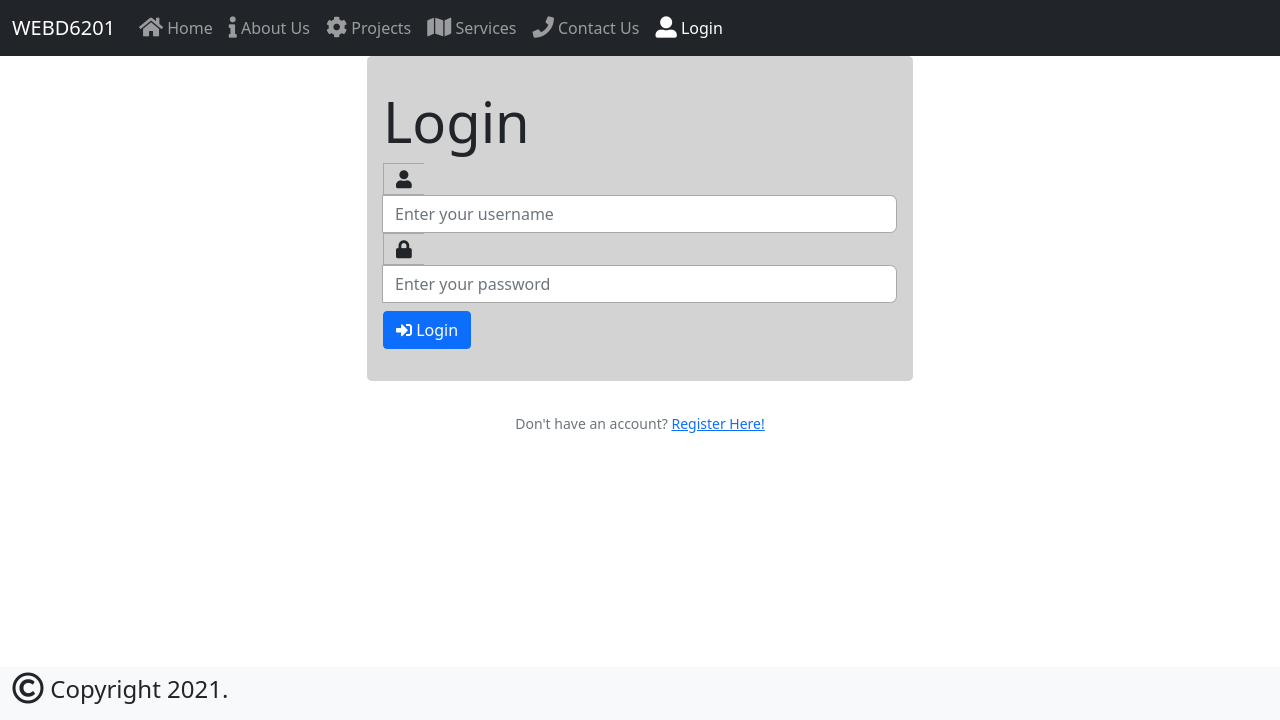
Repository: CKM206/WebD6201-W2021-ICE5
Page: login.html
An editor plug-in stored every save of this project. The page is shown before and after the next save, followed by the edit.
The browser window is 1280 px wide. The pictures show the whole page.

Above is the page before, as saved 2021-03-07 01:23:57.

After the next save:
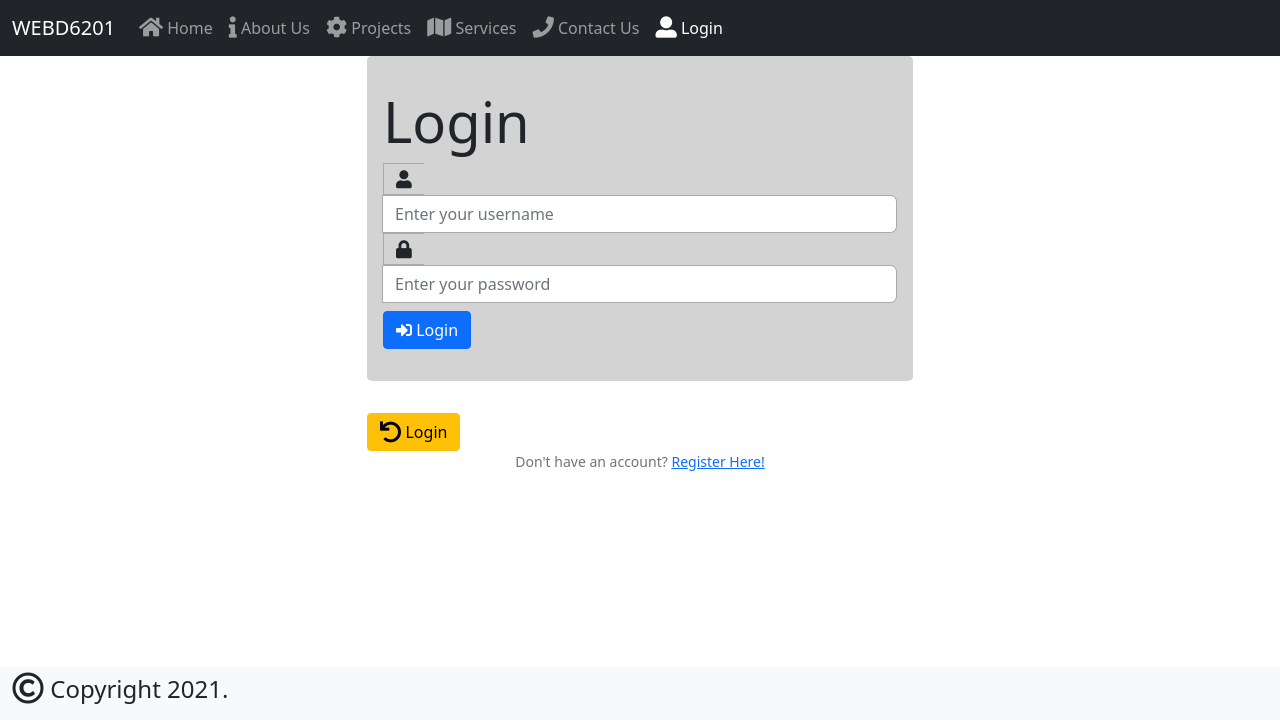
Saved 105 s later.
--- a/login.html
+++ b/login.html
@@ -83,6 +83,11 @@
                       <div class="text-right">
                         <button id="loginButton" type="submit" class="btn btn-primary"> <i class="fas fa-sign-in-alt"></i> Login</button>
                       </div>
+
+                    </div>
+                    <div class="text-right">
+                      <button id="cancelButton" type="button" class="btn btn-warning"> <i class="fas fa-undo fa-lg"></i> Login</button>
+                    </div>
                     </form>
 
                 </div>
